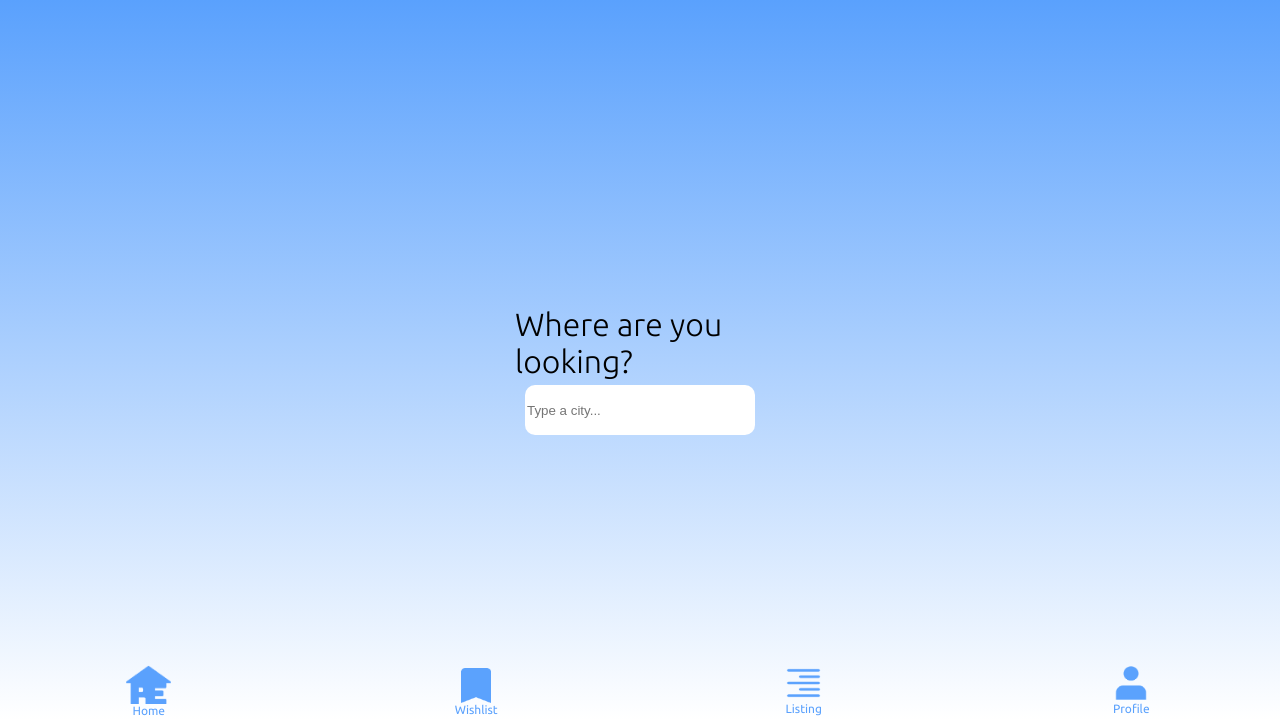
Repository: msyukurrr/realeasy
Page: /listing
These files come from the project's save history. The page is drawn as it stood at one moment and after a run of saves; the edit follows.
The browser window is 1280 px wide. The pictures show the whole page.
The project was rebuilt for these pictures with package versions that can differ from the ones it lists, and the page was loaded fresh each time. The framework's server and built-in components were replaced by stand-ins that run in the browser. Also part of the build but not shown: next.config.js.

Above is the page before, as saved 2023-01-27 20:05:36.

### pages/listing.js
import Heading from "../components/Heading";
import NavBar from "../components/NavBar";
import styles from "../styles/Home.module.css"


export default function Listing(){
    return(
        <><div className={styles.listing}>

        <Heading headingtxt="Where are you looking?"/>

        <input placeholder="Type a city..." style={{width:230, height:50, borderRadius:10, backgroundColor:"white", border:'transparent'}}></input>










        </div>
        <NavBar></NavBar>

        </>
    )
}

### styles/globals.css
@import url('https://fonts.googleapis.com/css2?family=Ubuntu:ital,wght@0,300;0,400;0,500;0,700;1,300;1,400;1,500;1,700&display=swap');

html,
body {
  padding: 0;
  margin: 0;
  font-family: "Ubuntu", sans-serif;
  background-color: #E6EEF8;
}

a {
  color: inherit;
  text-decoration: none;
}

* {
  box-sizing: border-box;
}

@media (prefers-color-scheme: dark) {
  html {
    color-scheme: dark;
  }
  body {
    color: white;
    background: E6EEF8;
  }
}

### components/Heading.js
import styled from "styled-components";

const Container = styled.div`
display: flex;
margin-left: 50px;
width: 300px;
height: 100px;

`

const Word = styled.h1`

color: ${props=>props.color};
font-weight: ${props=>props.fontweight};
`

export default function Heading({
    h1="Recommended by people around you",
    fw="300",
    color="#5AA1FD",
    headingtxt="Recommended by people around you"
}){
    return<>
    <Container>
    <Word fontweight={fw}
    >{headingtxt}</Word>
    </Container>
    </>
}

### components/NavBar.js
import styled from "styled-components";
import Link from "next/link";

const NavBarCont = styled.div`
position: fixed;
bottom: 0;
width: 100%;
`
const NavCont = styled.nav`
display: flex;
justify-content: space-around;
width: 100%;
background-color: transparent;
height: 60px;
`
const HomeCont = styled.div`
width: 50px;
height: 50px;
display:flex;
flex-direction: column;
justify-content: center;
align-items: center;
margin-top: ${props=>props.margintop};
`
const WishlistCont = styled.div`
width: 50px;
height: 50px;
display:flex;
flex-direction: column;
justify-content: center;
align-items: center;
margin-left: 30px;
margin-top: ${props=>props.margintop};
margin-bottom: ${props=>props.marginbottom};
`
const ListingCont = styled.div`
width: 50px;

display:flex;
flex-direction: column;
justify-content: center;
align-items: center;
margin-left: 30px;
margin-top: ${props=>props.margintop};
`
const ProfileCont = styled.div`
display:flex;
margin-left: 30px;
margin-top: ${props=>props.margintop};
`

const Icon = styled.img`
display: flex;
justify-content: center;
height: ${props=>props.height};
width: ${props=>props.width};
display: flex;
`

const NavList = styled.span`
display: flex;
align-self: center;
color: #5AA1FD;
font-size: 12px;
`


export default function NavBar({
    mt="5px",
    mb=""
}){
    return <NavBarCont>
    <NavCont>
        <Link href="/">
            <HomeCont margintop="6px">
                <Icon src='./logo.png' height="45px" width="45px"/>
                <NavList>Home</NavList>
            </HomeCont>
        </Link>
        <Link href="/wishlist">
            <WishlistCont margintop="7px">
                <Icon src='./wishlist.png' height="35px" width="30px"></Icon>
                <NavList>Wishlist</NavList>
            </WishlistCont>
        </Link>
        <Link href="/listing">
            <ListingCont margintop="4px">
                <Icon src='./listing.png' height="38px" width="45px"></Icon>
                <NavList>Listing</NavList>
            </ListingCont>
        </Link>
        <Link href="/profile">
            <ListingCont margintop="4px">
                <Icon src='./user.png' height="38px" width="40px"></Icon>
                <NavList>Profile</NavList>
            </ListingCont>
        </Link>
    </NavCont>
    </NavBarCont>
}

### styles/Home.module.css
.container {
  padding: 0 2rem;
}

.main {
  min-height: 100vh;
  padding: 4rem 0;
  flex: 1;
  display: flex;
  flex-direction: column;
  justify-content: center;
  align-items: center;
}


.listing {
  min-height: 100vh;
  padding: 4rem 0;
  flex: 1;
  display: flex;
  flex-direction: column;
  justify-content: center;
  align-items: center;
  background-image: linear-gradient(#5AA1FD, white);
}

.footer {
  display: flex;
  flex: 1;
  padding: 2rem 0;
  border-top: 1px solid #eaeaea;
  justify-content: center;
  align-items: center;
}

.footer a {
  display: flex;
  justify-content: center;
  align-items: center;
  flex-grow: 1;
}

.title a {
  color: #0070f3;
  text-decoration: none;
}

.title a:hover,
.title a:focus,
.title a:active {
  text-decoration: underline;
}

.title {
  margin: 0;
  line-height: 1.15;
  font-size: 4rem;
}

.title,
.description {
  text-align: center;
}

.description {
  margin: 4rem 0;
  line-height: 1.5;
  font-size: 1.5rem;
}

.code {
  background: #fafafa;
  border-radius: 5px;
  padding: 0.75rem;
  font-size: 1.1rem;
  font-family: Menlo, Monaco, Lucida Console, Liberation Mono, DejaVu Sans Mono,
    Bitstream Vera Sans Mono, Courier New, monospace;
}

.grid {
  display: flex;
  align-items: center;
  justify-content: center;
  flex-wrap: wrap;
  max-width: 800px;
}

.card {
  margin: 1rem;
  padding: 1.5rem;
  text-align: left;
  color: inherit;
  text-decoration: none;
  border: 1px solid #eaeaea;
  border-radius: 10px;
  transition: color 0.15s ease, border-color 0.15s ease;
  max-width: 300px;
}

.card:hover,
.card:focus,
.card:active {
  color: #0070f3;
  border-color: #0070f3;
}

.card h2 {
  margin: 0 0 1rem 0;
  font-size: 1.5rem;
}

.card p {
  margin: 0;
  font-size: 1.25rem;
  line-height: 1.5;
}

.logo {
  height: 1em;
  margin-left: 0.5rem;
}

@media (max-width: 600px) {
  .grid {
    width: 100%;
    flex-direction: column;
  }
}

@media (prefers-color-scheme: dark) {
  .card,
  .footer {
    border-color: #222;
  }
  .code {
    background: #111;
  }
  .logo img {
    filter: invert(1);
  }
}

Loaded but not shown: pages/_app.js (common file)

After the next 2 saves:
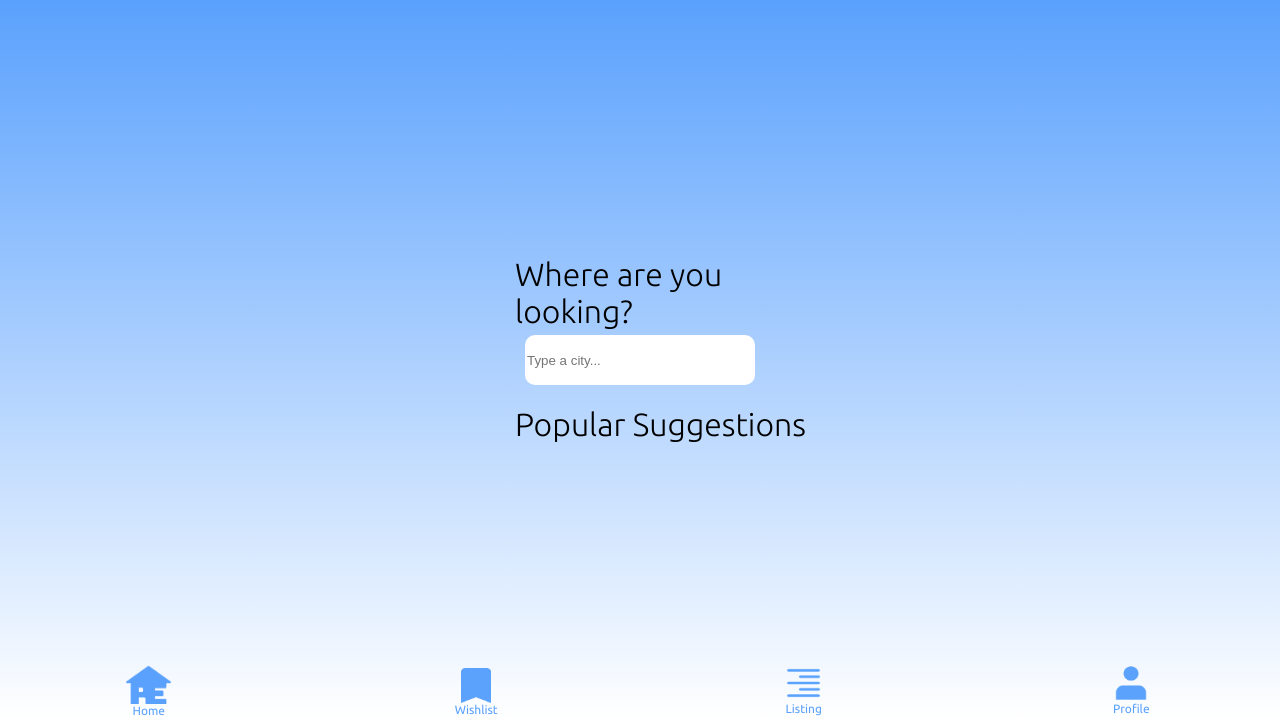
The 2 saves are shown as one change because 1 did not build or start.
The last was saved 30 s later.
--- a/pages/listing.js
+++ b/pages/listing.js
@@ -11,7 +11,7 @@ export default function Listing(){
 
         <input placeholder="Type a city..." style={{width:230, height:50, borderRadius:10, backgroundColor:"white", border:'transparent'}}></input>
 
-
+        <Heading headingtxt="Popular Suggestions"/>
 
 
 
